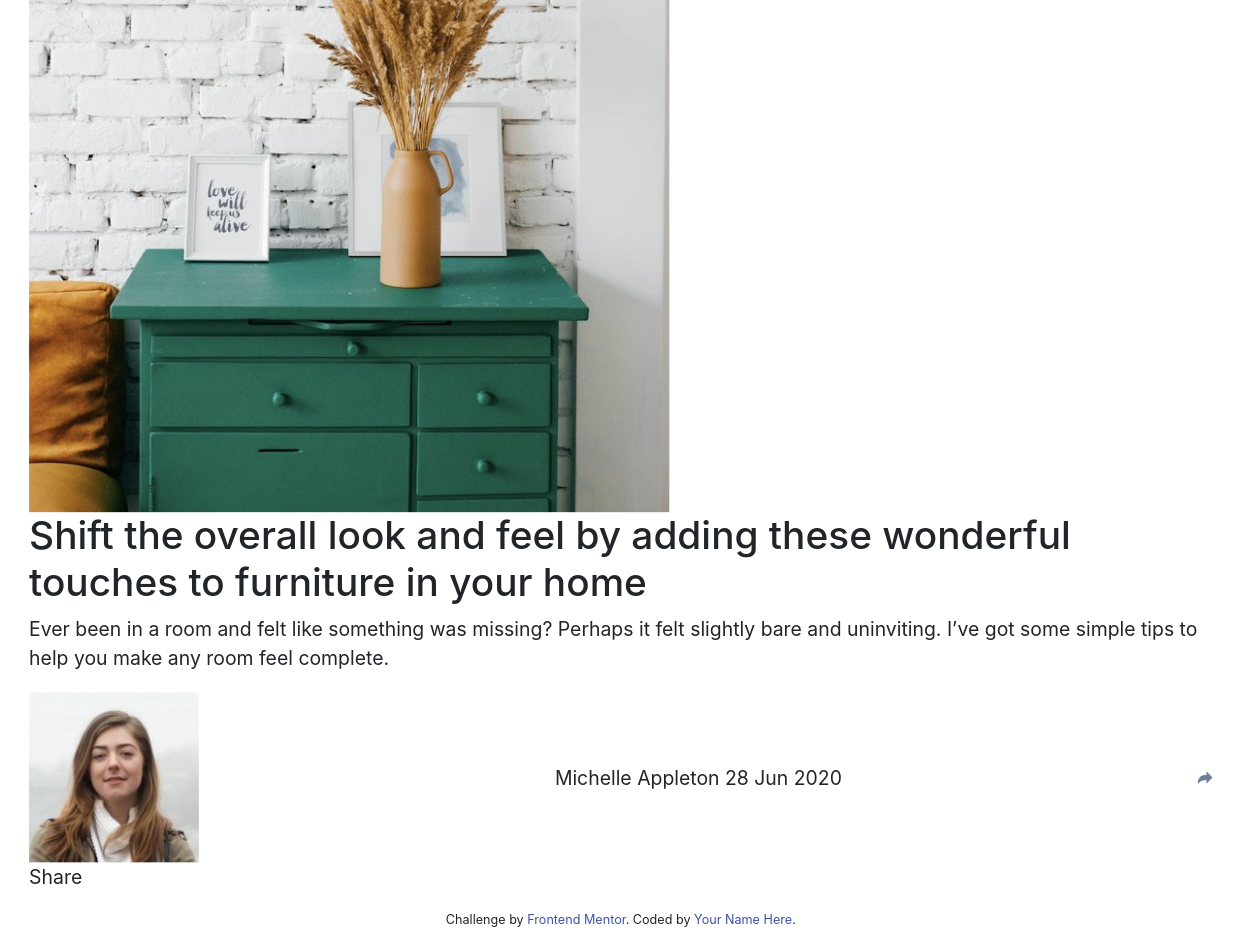
Repository: timiodulate/Article-Preview-Component
Page: index.html
An editor plug-in stored every save of this project. The page is shown before and after the next save, followed by the edit.
The browser window is 1280 px wide. The pictures show the whole page, at 97% of full size.

Above is the page before, as saved 2020-07-11 11:16:52.

After the next save:
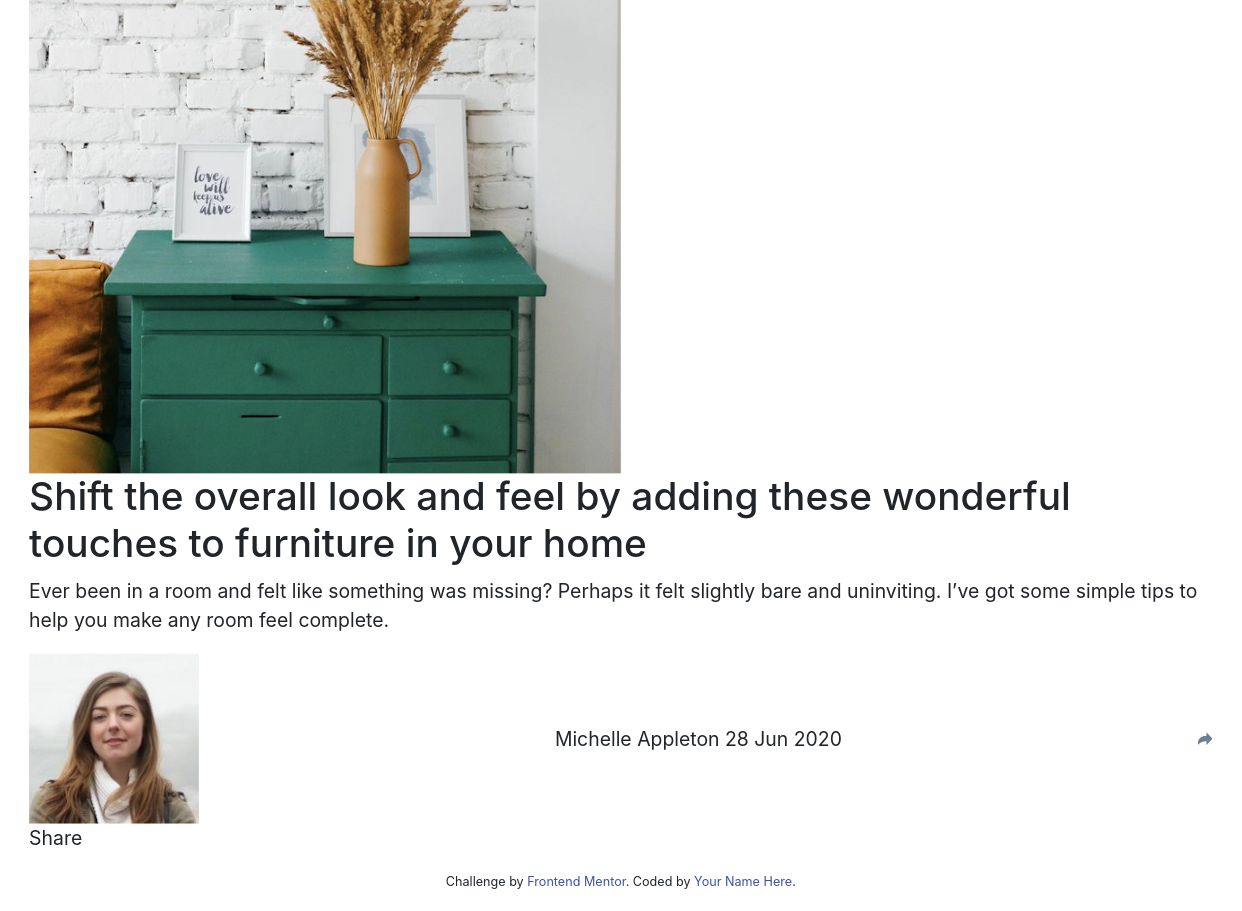
Saved 4 s later.
--- a/index.html
+++ b/index.html
@@ -18,7 +18,7 @@
   <div class="container col d-flex flex-column justify-content-between">
     <div class="cardContainer col d-flex-column">
 
-      <img src="./images/drawers.jpg" alt="" class="w-">
+      <img src="./images/drawers.jpg" alt="" class="w-50">
 
       <div class="textContainer">
         <h2>
